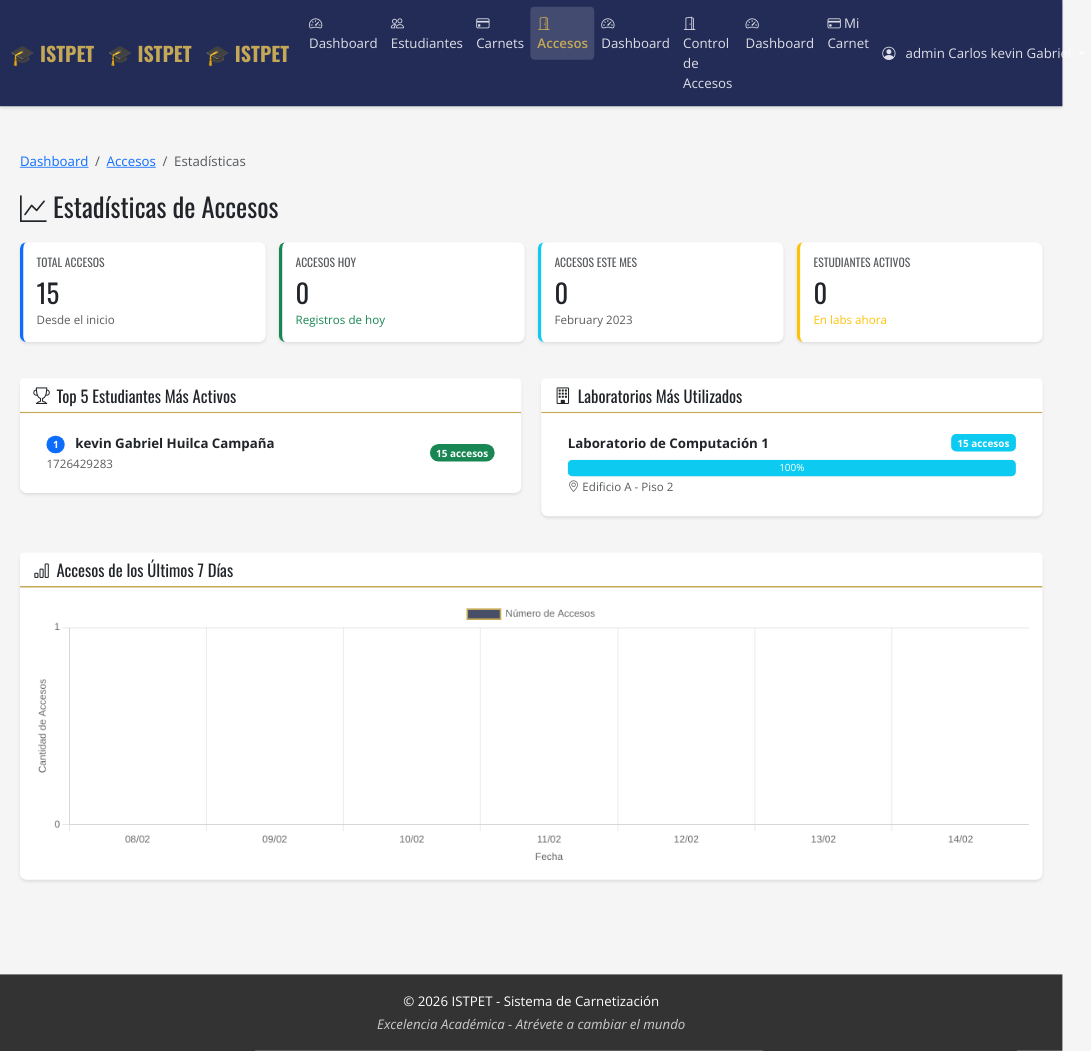
Repository: Inforney/sistema-carnetizacion-istpet
Page: http://localhost/admin/accesos/estadisticas
These files come from the project's save history. The page is drawn as it stood at one moment and after the next save; the edit follows.
The browser window is 1280 px wide. The page is 1315 px wide, so the pictures cover 1315 px, including what lies to the right of the window. The pictures show the whole page, at 83% of full size.
The page is served by the project's Laravel application, run on PHP 8.4 with Laravel 10. The first stored user is signed in. Other server files are loaded and not shown. The database holds what the project's SQL file puts in it.

Above is the page before, as saved 2026-01-15 20:51:17.

### resources/views/admin/accesos/estadisticas.blade.php
@extends('layouts.app')

@section('title', 'Estadísticas de Accesos')

@section('content')
<div class="container-fluid py-4">
    {{-- Breadcrumb --}}
    <nav aria-label="breadcrumb" class="mb-4">
        <ol class="breadcrumb">
            <li class="breadcrumb-item">
                <a href="{{ route('admin.dashboard') }}">Dashboard</a>
            </li>
            <li class="breadcrumb-item">
                <a href="{{ route('admin.accesos.index') }}">Accesos</a>
            </li>
            <li class="breadcrumb-item active">Estadísticas</li>
        </ol>
    </nav>

    <h2 class="mb-4">
        <i class="bi bi-graph-up me-2"></i>Estadísticas de Accesos
    </h2>

    {{-- Estadísticas generales --}}
    <div class="row g-3 mb-4">
        <div class="col-xl-3 col-md-6">
            <div class="card border-start border-primary border-4">
                <div class="card-body">
                    <h6 class="text-muted small">TOTAL ACCESOS</h6>
                    <h2 class="mb-0">{{ $stats['total_accesos'] }}</h2>
                    <small class="text-muted">Desde el inicio</small>
                </div>
            </div>
        </div>

        <div class="col-xl-3 col-md-6">
            <div class="card border-start border-success border-4">
                <div class="card-body">
                    <h6 class="text-muted small">ACCESOS HOY</h6>
                    <h2 class="mb-0">{{ $stats['accesos_hoy'] }}</h2>
                    <small class="text-success">Registros de hoy</small>
                </div>
            </div>
        </div>

        <div class="col-xl-3 col-md-6">
            <div class="card border-start border-info border-4">
                <div class="card-body">
                    <h6 class="text-muted small">ACCESOS ESTE MES</h6>
                    <h2 class="mb-0">{{ $stats['accesos_mes'] }}</h2>
                    <small class="text-muted">{{ \Carbon\Carbon::now()->format('F Y') }}</small>
                </div>
            </div>
        </div>

        <div class="col-xl-3 col-md-6">
            <div class="card border-start border-warning border-4">
                <div class="card-body">
                    <h6 class="text-muted small">ESTUDIANTES ACTIVOS</h6>
                    <h2 class="mb-0">{{ $stats['estudiantes_activos'] }}</h2>
                    <small class="text-warning">En labs ahora</small>
                </div>
            </div>
        </div>
    </div>

    <div class="row">
        {{-- Top Estudiantes --}}
        <div class="col-lg-6 mb-4">
            <div class="card">
                <div class="card-header">
                    <h5 class="mb-0">
                        <i class="bi bi-trophy me-2"></i>Top 5 Estudiantes Más Activos
                    </h5>
                </div>
                <div class="card-body">
                    @if($topEstudiantes->count() > 0)
                    <div class="list-group list-group-flush">
                        @foreach($topEstudiantes as $index => $item)
                        <div class="list-group-item d-flex justify-content-between align-items-center">
                            <div>
                                <span class="badge bg-primary rounded-pill me-2">{{ $index + 1 }}</span>
                                <strong>{{ $item->usuario->nombreCompleto }}</strong>
                                <br>
                                <small class="text-muted">{{ $item->usuario->cedula }}</small>
                            </div>
                            <span class="badge bg-success rounded-pill">
                                {{ $item->total_accesos }} accesos
                            </span>
                        </div>
                        @endforeach
                    </div>
                    @else
                    <p class="text-muted text-center py-4">No hay datos disponibles</p>
                    @endif
                </div>
            </div>
        </div>

        {{-- Top Laboratorios --}}
        <div class="col-lg-6 mb-4">
            <div class="card">
                <div class="card-header">
                    <h5 class="mb-0">
                        <i class="bi bi-building me-2"></i>Laboratorios Más Utilizados
                    </h5>
                </div>
                <div class="card-body">
                    @if($topLaboratorios->count() > 0)
                    <div class="list-group list-group-flush">
                        @foreach($topLaboratorios as $index => $item)
                        <div class="list-group-item">
                            <div class="d-flex justify-content-between align-items-center mb-2">
                                <strong>{{ $item->laboratorio->nombre }}</strong>
                                <span class="badge bg-info">{{ $item->total_accesos }} accesos</span>
                            </div>
                            @php
                            $porcentaje = ($item->total_accesos / $stats['total_accesos']) * 100;
                            @endphp
                            <div class="progress" style="height: 20px;">
                                <div class="progress-bar bg-info"
                                    role="progressbar"
                                    style="width: {{ $porcentaje }}%">
                                    {{ round($porcentaje, 1) }}%
                                </div>
                            </div>
                            <small class="text-muted">
                                <i class="bi bi-geo-alt"></i> {{ $item->laboratorio->ubicacion }}
                            </small>
                        </div>
                        @endforeach
                    </div>
                    @else
                    <p class="text-muted text-center py-4">No hay datos disponibles</p>
                    @endif
                </div>
            </div>
        </div>
    </div>

    {{-- Gráfica de accesos por día --}}
    <div class="card">
        <div class="card-header">
            <h5 class="mb-0">
                <i class="bi bi-bar-chart me-2"></i>Accesos de los Últimos 7 Días
            </h5>
        </div>
        <div class="card-body">
            <canvas id="chartAccesos" height="80"></canvas>
        </div>
    </div>
</div>
@endsection

@section('scripts')
<script src="https://cdn.jsdelivr.net/npm/chart.js@4.4.0/dist/chart.umd.min.js"></script>
<script>
    // Debug: Ver datos
    console.log('Datos de accesos por día:', @json($accesosPorDia));

    const ctx = document.getElementById('chartAccesos');

    const labels = @json(array_column($accesosPorDia, 'fecha'));
    const data = @json(array_column($accesosPorDia, 'total'));

    console.log('Labels:', labels);
    console.log('Data:', data);

    if (ctx) {
        new Chart(ctx, {
            type: 'bar',
            data: {
                labels: labels,
                datasets: [{
                    label: 'Número de Accesos',
                    data: data,
                    backgroundColor: 'rgba(26, 35, 66, 0.8)',
                    borderColor: '#C4A857',
                    borderWidth: 2,
                    borderRadius: 5
                }]
            },
            options: {
                responsive: true,
                maintainAspectRatio: true,
                scales: {
                    y: {
                        beginAtZero: true,
                        ticks: {
                            stepSize: 1,
                            callback: function(value) {
                                return Math.floor(value);
                            }
                        },
                        title: {
                            display: true,
                            text: 'Cantidad de Accesos'
                        }
                    },
                    x: {
                        title: {
                            display: true,
                            text: 'Fecha'
                        }
                    }
                },
                plugins: {
                    legend: {
                        display: true,
                        position: 'top'
                    },
                    tooltip: {
                        callbacks: {
                            label: function(context) {
                                return 'Accesos: ' + context.parsed.y;
                            }
                        }
                    }
                }
            }
        });
    } else {
        console.error('No se encontró el elemento canvas con id "chartAccesos"');
    }
</script>
@endsection

### database/migrations/carnetizacion_istpet.sql (the tables this page reads)
CREATE TABLE IF NOT EXISTS `accesos` (
  `id` bigint(20) UNSIGNED NOT NULL AUTO_INCREMENT,
  `usuario_id` bigint(20) UNSIGNED NOT NULL,
  `laboratorio_id` bigint(20) UNSIGNED NOT NULL,
  `profesor_id` bigint(20) UNSIGNED DEFAULT NULL,
  `fecha_entrada` date NOT NULL,
  `hora_entrada` time NOT NULL,
  `fecha_salida` date DEFAULT NULL,
  `hora_salida` time DEFAULT NULL,
  `created_at` timestamp NULL DEFAULT NULL,
  `updated_at` timestamp NULL DEFAULT NULL,
  `metodo_registro` enum('qr_estudiante','manual_profesor') DEFAULT 'manual_profesor',
  `marcado_ausente` tinyint(1) DEFAULT 0,
  `nota_ausencia` text DEFAULT NULL,
  `profesor_valida_id` bigint(20) UNSIGNED DEFAULT NULL,
  PRIMARY KEY (`id`),
  KEY `profesor_id` (`profesor_id`),
  KEY `idx_fecha_entrada` (`fecha_entrada`),
  KEY `idx_usuario` (`usuario_id`),
  KEY `idx_laboratorio` (`laboratorio_id`)
) ENGINE=InnoDB AUTO_INCREMENT=28 DEFAULT CHARSET=utf8mb4 COLLATE=utf8mb4_unicode_ci;

INSERT INTO `accesos` (`id`, `usuario_id`, `laboratorio_id`, `profesor_id`, `fecha_entrada`, `hora_entrada`, `fecha_salida`, `hora_salida`, `created_at`, `updated_at`, `metodo_registro`, `marcado_ausente`, `nota_ausencia`, `profesor_valida_id`) VALUES
(13, 12, 1, 1, '2026-01-11', '18:04:56', '2026-01-11', '18:09:46', '2026-01-11 23:04:56', '2026-01-11 23:09:46', 'manual_profesor', 1, 'No esta en clase', 1),
(14, 12, 1, 1, '2026-01-11', '18:13:01', '2026-01-11', '18:13:23', '2026-01-11 23:13:01', '2026-01-11 23:13:23', 'manual_profesor', 1, 'No esta en clases', 1),
(15, 12, 1, NULL, '2026-01-12', '23:08:41', '2026-01-12', '23:09:18', '2026-01-13 04:08:41', '2026-01-13 04:09:18', 'qr_estudiante', 0, NULL, NULL),
(16, 12, 1, NULL, '2026-01-12', '23:13:56', '2026-01-12', '23:15:31', '2026-01-13 04:13:56', '2026-01-13 04:15:31', 'qr_estudiante', 0, NULL, NULL),
(17, 12, 1, 1, '2026-01-12', '23:16:02', '2026-01-12', '23:16:26', '2026-01-13 04:16:02', '2026-01-13 04:16:26', 'manual_profesor', 0, NULL, NULL),
(18, 12, 1, 1, '2026-01-12', '23:19:44', '2026-01-12', '23:19:47', '2026-01-13 04:19:44', '2026-01-13 04:19:47', 'manual_profesor', 0, NULL, NULL),
(19, 12, 1, 1, '2026-01-12', '23:19:58', '2026-01-12', '23:21:18', '2026-01-13 04:19:58', '2026-01-13 04:21:18', 'manual_profesor', 0, NULL, NULL),
(20, 12, 1, NULL, '2026-01-13', '10:27:00', '2026-01-13', '10:53:52', '2026-01-13 15:27:00', '2026-01-13 15:53:52', 'qr_estudiante', 0, NULL, NULL),
(21, 12, 1, 1, '2026-01-15', '08:17:52', '2026-01-15', '08:18:11', '2026-01-15 13:17:52', '2026-01-15 13:18:11', 'manual_profesor', 0, NULL, NULL),
(22, 12, 1, 1, '2026-01-15', '08:18:18', '2026-01-15', '09:48:20', '2026-01-15 13:18:18', '2026-01-15 14:48:20', 'manual_profesor', 1, 'no esta en el aula', 1),
(23, 12, 1, NULL, '2026-01-15', '08:34:02', '2026-01-15', '08:34:31', '2026-01-15 13:34:02', '2026-01-15 13:34:31', 'qr_estudiante', 0, NULL, NULL),
(24, 12, 1, NULL, '2026-01-15', '08:36:43', '2026-01-15', '08:38:18', '2026-01-15 13:36:43', '2026-01-15 13:38:18', 'qr_estudiante', 0, NULL, NULL),
(25, 12, 1, 1, '2026-01-15', '10:20:04', '2026-01-15', '20:22:08', '2026-01-15 15:20:04', '2026-01-16 01:22:08', 'manual_profesor', 1, 'No se encuentra el estudiante en clases', 1),
(26, 12, 1, 1, '2026-01-15', '20:22:59', '2026-01-15', '20:23:23', '2026-01-16 01:22:59', '2026-01-16 01:23:23', 'manual_profesor', 1, 'wefgdbnjytrewqfg', 1),
(27, 12, 1, NULL, '2026-01-15', '20:38:25', '2026-01-15', '20:43:07', '2026-01-16 01:38:25', '2026-01-16 01:43:07', 'qr_estudiante', 0, NULL, NULL);

ALTER TABLE `accesos`
  ADD CONSTRAINT `accesos_ibfk_1` FOREIGN KEY (`usuario_id`) REFERENCES `usuarios` (`id`) ON DELETE CASCADE,
  ADD CONSTRAINT `accesos_ibfk_2` FOREIGN KEY (`laboratorio_id`) REFERENCES `laboratorios` (`id`) ON DELETE CASCADE,
  ADD CONSTRAINT `accesos_ibfk_3` FOREIGN KEY (`profesor_id`) REFERENCES `profesores` (`id`) ON DELETE CASCADE;

CREATE TABLE IF NOT EXISTS `administradores` (
  `id` bigint(20) UNSIGNED NOT NULL AUTO_INCREMENT,
  `usuario` varchar(50) NOT NULL,
  `email` varchar(100) NOT NULL,
  `password` varchar(255) NOT NULL,
  `rol` enum('super_admin','admin') NOT NULL DEFAULT 'admin',
  `created_at` timestamp NULL DEFAULT NULL,
  `updated_at` timestamp NULL DEFAULT NULL,
  PRIMARY KEY (`id`),
  UNIQUE KEY `administradores_usuario_unique` (`usuario`),
  UNIQUE KEY `administradores_email_unique` (`email`),
  KEY `administradores_usuario_index` (`usuario`),
  KEY `administradores_email_index` (`email`)
) ENGINE=InnoDB AUTO_INCREMENT=3 DEFAULT CHARSET=utf8mb4 COLLATE=utf8mb4_unicode_ci;

INSERT INTO `administradores` (`id`, `usuario`, `email`, `password`, `rol`, `created_at`, `updated_at`) VALUES
(1, 'admin', 'admin@istpet.edu.ec', '$2y$10$54UHpGdyZhcunNsv1WgLU.N4MKnIZBIrjlMw3gX587wY8cvKi38xm', 'super_admin', '2026-01-04 03:08:09', '2026-01-04 03:08:09'),
(2, 'admin2', 'admin2@istpet.edu.ec', '$2y$10$/Umkuwgnljl7IDhv4ErV9.WAnMj4m3FpOHubfxqeuulBDbQw.4ksy', 'admin', '2026-01-04 03:08:09', '2026-01-04 03:08:09');

CREATE TABLE IF NOT EXISTS `laboratorios` (
  `id` bigint(20) UNSIGNED NOT NULL AUTO_INCREMENT,
  `nombre` varchar(100) NOT NULL,
  `capacidad` int(11) NOT NULL,
  `ubicacion` varchar(200) NOT NULL,
  `codigo_qr_lab` varchar(255) NOT NULL,
  `estado` enum('activo','inactivo','disponible','mantenimiento') DEFAULT 'activo',
  `created_at` timestamp NULL DEFAULT NULL,
  `updated_at` timestamp NULL DEFAULT NULL,
  PRIMARY KEY (`id`),
  UNIQUE KEY `laboratorios_nombre_unique` (`nombre`),
  UNIQUE KEY `laboratorios_codigo_qr_lab_unique` (`codigo_qr_lab`),
  KEY `laboratorios_nombre_index` (`nombre`),
  KEY `laboratorios_codigo_qr_lab_index` (`codigo_qr_lab`)
) ENGINE=InnoDB AUTO_INCREMENT=4 DEFAULT CHARSET=utf8mb4 COLLATE=utf8mb4_unicode_ci;

INSERT INTO `laboratorios` (`id`, `nombre`, `capacidad`, `ubicacion`, `codigo_qr_lab`, `estado`, `created_at`, `updated_at`) VALUES
(1, 'Laboratorio de Computación 1', 30, 'Edificio A - Piso 2', 'LAB-ISTPET-001', 'activo', '2026-01-04 03:08:09', '2026-01-04 03:08:09'),
(2, 'Laboratorio de Computación 2', 25, 'Edificio A - Piso 2', 'LAB-ISTPET-002', 'activo', '2026-01-04 03:08:09', '2026-01-04 03:08:09'),
(3, 'Laboratorio de Redes', 28, 'Edificio B - Piso 1', 'LAB-ISTPET-003', 'activo', '2026-01-04 03:08:09', '2026-01-04 03:08:09');

CREATE TABLE IF NOT EXISTS `profesores` (
  `id` bigint(20) UNSIGNED NOT NULL AUTO_INCREMENT,
  `nombres` varchar(100) NOT NULL,
  `apellidos` varchar(100) NOT NULL,
  `cedula` varchar(10) NOT NULL,
  `correo` varchar(100) NOT NULL,
  `celular` varchar(10) NOT NULL,
  `estado` enum('activo','inactivo') NOT NULL DEFAULT 'activo',
  `password` varchar(255) NOT NULL,
  `created_at` timestamp NULL DEFAULT NULL,
  `updated_at` timestamp NULL DEFAULT NULL,
  PRIMARY KEY (`id`),
  UNIQUE KEY `profesores_cedula_unique` (`cedula`),
  UNIQUE KEY `profesores_correo_unique` (`correo`),
  KEY `profesores_cedula_index` (`cedula`),
  KEY `profesores_correo_index` (`correo`)
) ENGINE=InnoDB AUTO_INCREMENT=4 DEFAULT CHARSET=utf8mb4 COLLATE=utf8mb4_unicode_ci;

INSERT INTO `profesores` (`id`, `nombres`, `apellidos`, `cedula`, `correo`, `celular`, `estado`, `password`, `created_at`, `updated_at`) VALUES
(1, 'Carlos', 'Ramírez', '1711223344', 'carlos.ramirez@istpet.edu.ec', '0998877665', 'activo', '$2y$10$OG.VQENEKJXzanA82YV/ku8i7Hbe.PkDY4nQtXjYGm.OHvQUGuzXm', '2026-01-04 03:08:09', '2026-01-04 03:08:09'),
(2, 'María', 'González', '1722334455', 'maria.gonzalez@istpet.edu.ec', '0987766554', 'activo', '$2y$10$NLXzP5a.gWO4pMuv75YDpug8D3LaiVBGI7lSfkjntGQF0gJOcdQTW', '2026-01-04 03:08:09', '2026-01-04 03:08:09'),
(3, 'Juan', 'Morales', '1733445566', 'juan.morales@istpet.edu.ec', '0976655443', 'activo', '$2y$10$LphOjFHmaYOT0NDW50lGV.sJITPSg8LsSuLotSBBD0r5Wohz2tGsq', '2026-01-04 03:08:09', '2026-01-04 03:08:09');

CREATE TABLE IF NOT EXISTS `usuarios` (
  `id` bigint(20) UNSIGNED NOT NULL AUTO_INCREMENT,
  `nombres` varchar(100) NOT NULL,
  `apellidos` varchar(100) NOT NULL,
  `cedula` varchar(20) NOT NULL,
  `tipo_documento` enum('cedula','pasaporte','ruc') NOT NULL DEFAULT 'cedula',
  `correo_institucional` varchar(100) NOT NULL,
  `celular` varchar(10) NOT NULL,
  `ciclo_nivel` varchar(20) NOT NULL,
  `carrera` varchar(200) DEFAULT NULL,
  `tipo_usuario` enum('estudiante','graduado') NOT NULL DEFAULT 'estudiante',
  `nacionalidad` varchar(50) NOT NULL DEFAULT 'Ecuatoriana',
  `fecha_registro` timestamp NULL DEFAULT NULL,
  `foto_url` varchar(255) DEFAULT NULL,
  `estado` enum('activo','inactivo','bloqueado') NOT NULL DEFAULT 'activo',
  `password` varchar(255) NOT NULL,
  `password_temporal` tinyint(1) DEFAULT 0,
  `reset_token` varchar(100) DEFAULT NULL,
  `reset_token_expira` timestamp NULL DEFAULT NULL,
  `created_at` timestamp NULL DEFAULT NULL,
  `updated_at` timestamp NULL DEFAULT NULL,
  PRIMARY KEY (`id`),
  UNIQUE KEY `usuarios_cedula_unique` (`cedula`),
  UNIQUE KEY `usuarios_correo_institucional_unique` (`correo_institucional`),
  KEY `usuarios_cedula_index` (`cedula`),
  KEY `usuarios_correo_institucional_index` (`correo_institucional`),
  KEY `usuarios_estado_index` (`estado`)
) ENGINE=InnoDB AUTO_INCREMENT=14 DEFAULT CHARSET=utf8mb4 COLLATE=utf8mb4_unicode_ci;

INSERT INTO `usuarios` (`id`, `nombres`, `apellidos`, `cedula`, `tipo_documento`, `correo_institucional`, `celular`, `ciclo_nivel`, `carrera`, `tipo_usuario`, `nacionalidad`, `fecha_registro`, `foto_url`, `estado`, `password`, `password_temporal`, `reset_token`, `reset_token_expira`, `created_at`, `updated_at`) VALUES
(12, 'kevin Gabriel', 'Huilca Campaña', '1726429283', 'cedula', 'kevin.huilca@istpet.edu.ec', '0962931602', 'TERCER NIVEL', 'Desarrollo de Software', 'estudiante', 'Ecuatoriana', '2026-01-11 23:03:08', 'fotos/estudiante_1768172588_69642c2c1b2e0.jpg', 'activo', '$2y$10$8xq5hxnjdTclcH03HxLiNOluUehL.dPDxMRTp9ZkI1yKD5KYKFFc.', 0, NULL, NULL, '2026-01-11 23:03:08', '2026-01-16 01:41:37'),
(13, 'Lucho', 'kopjihugcfjbhklñ', 'BC713307', 'pasaporte', 'karla@gmail.com', '0962931602', 'TERCER NIVEL', 'Desarrollo de Software', 'estudiante', 'Ecuatoriana', '2026-01-15 13:47:20', 'fotos/estudiante_1768484838_6968efe69d14b.jpeg', 'activo', '$2y$10$CRqSYXLgKUYRxWTfmdApweVsozIM2vXuL9eU.AI5jUVUQL/VjBrm6', 0, NULL, NULL, '2026-01-15 13:47:20', '2026-01-15 13:47:20');

Loaded but not shown: app/Http/Controllers/Controller.php (common file); resources/views/layouts/app.blade.php (303 lines, source omitted); app/Http/Controllers/Admin/AccesoController.php (147 lines, source omitted); app/Models/Acceso.php (166 lines, source omitted); app/Models/Usuario.php (133 lines, source omitted); app/Models/Laboratorio.php (78 lines, source omitted); app/Models/Profesor.php (82 lines, source omitted); app/Models/Administrador.php (63 lines, source omitted); routes/web.php (163 lines, source omitted)

After the next save:
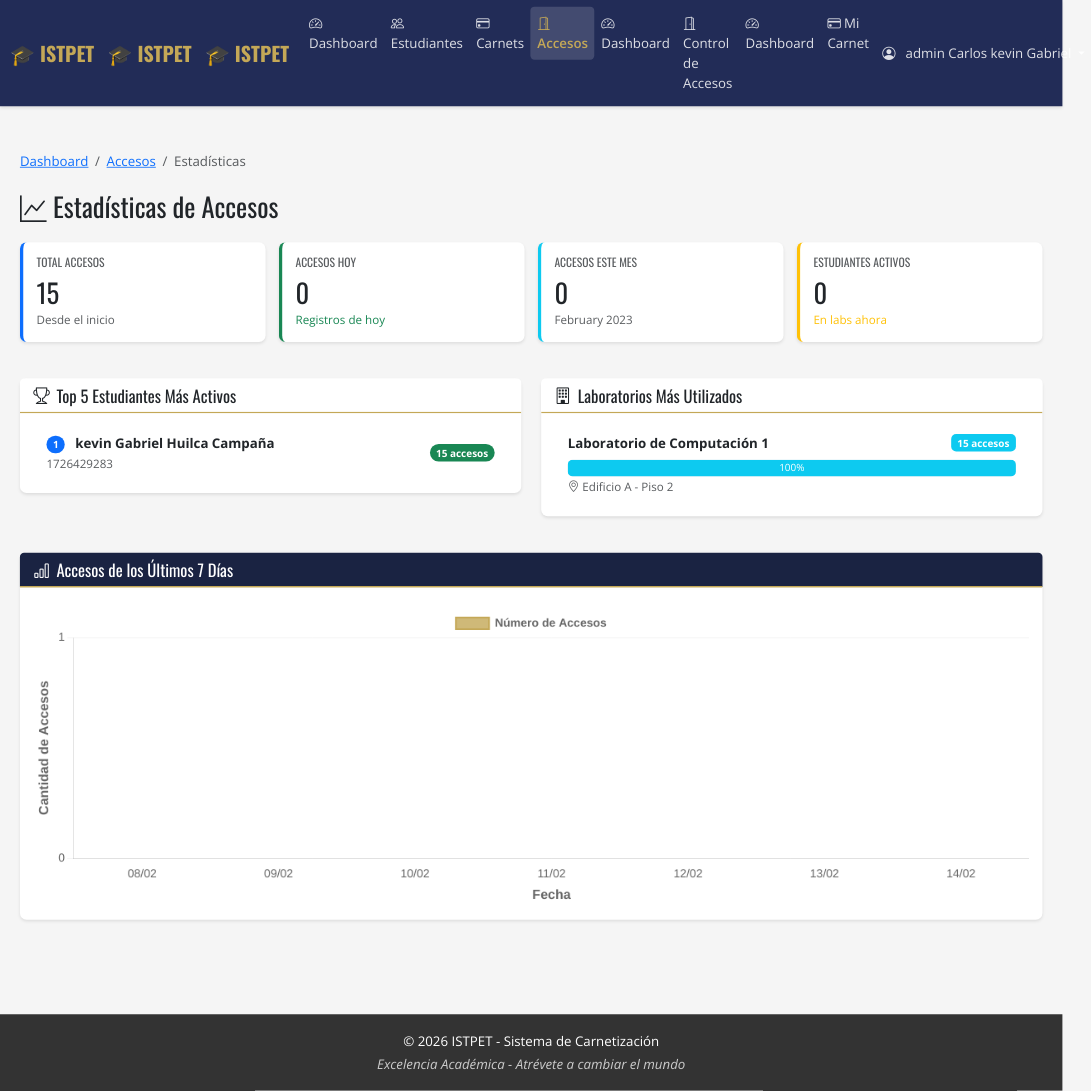
Saved 82 s later.
--- a/resources/views/admin/accesos/estadisticas.blade.php
+++ b/resources/views/admin/accesos/estadisticas.blade.php
@@ -140,13 +140,13 @@
 
     {{-- Gráfica de accesos por día --}}
     <div class="card">
-        <div class="card-header">
-            <h5 class="mb-0">
+        <div class="card-header" style="background: #1a2342;">
+            <h5 class="mb-0 text-white">
                 <i class="bi bi-bar-chart me-2"></i>Accesos de los Últimos 7 Días
             </h5>
         </div>
-        <div class="card-body">
-            <canvas id="chartAccesos" height="80"></canvas>
+        <div class="card-body" style="min-height: 400px;">
+            <canvas id="chartAccesos"></canvas>
         </div>
     </div>
 </div>
@@ -174,15 +174,16 @@
                 datasets: [{
                     label: 'Número de Accesos',
                     data: data,
-                    backgroundColor: 'rgba(26, 35, 66, 0.8)',
+                    backgroundColor: 'rgba(196, 168, 87, 0.8)',
                     borderColor: '#C4A857',
                     borderWidth: 2,
-                    borderRadius: 5
+                    borderRadius: 8,
+                    hoverBackgroundColor: 'rgba(196, 168, 87, 1)',
                 }]
             },
             options: {
                 responsive: true,
-                maintainAspectRatio: true,
+                maintainAspectRatio: false,
                 scales: {
                     y: {
                         beginAtZero: true,
@@ -190,26 +191,63 @@
                             stepSize: 1,
                             callback: function(value) {
                                 return Math.floor(value);
-                            }
+                            },
+                            font: {
+                                size: 14
+                            }
+                        },
+                        grid: {
+                            color: 'rgba(0, 0, 0, 0.05)'
                         },
                         title: {
                             display: true,
-                            text: 'Cantidad de Accesos'
+                            text: 'Cantidad de Accesos',
+                            font: {
+                                size: 16,
+                                weight: 'bold'
+                            }
                         }
                     },
                     x: {
+                        ticks: {
+                            font: {
+                                size: 14
+                            }
+                        },
+                        grid: {
+                            display: false
+                        },
                         title: {
                             display: true,
-                            text: 'Fecha'
+                            text: 'Fecha',
+                            font: {
+                                size: 16,
+                                weight: 'bold'
+                            }
                         }
                     }
                 },
                 plugins: {
                     legend: {
                         display: true,
-                        position: 'top'
+                        position: 'top',
+                        labels: {
+                            font: {
+                                size: 14,
+                                weight: 'bold'
+                            },
+                            padding: 20
+                        }
                     },
                     tooltip: {
+                        backgroundColor: 'rgba(26, 35, 66, 0.9)',
+                        titleFont: {
+                            size: 16
+                        },
+                        bodyFont: {
+                            size: 14
+                        },
+                        padding: 12,
                         callbacks: {
                             label: function(context) {
                                 return 'Accesos: ' + context.parsed.y;
